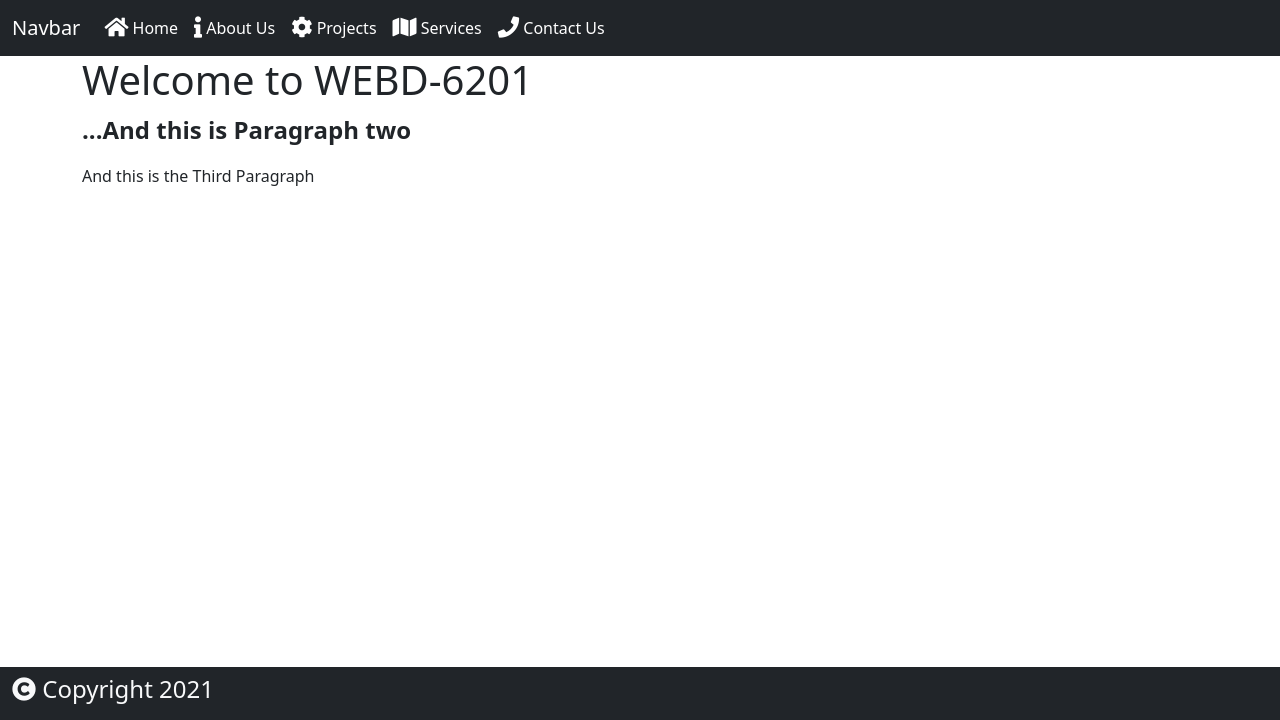
Repository: CKM206/WEBD6201-W2021---ICE1
Page: services.html
The author's editor kept a copy of each file at every save. The page is drawn from the files as they stood at one save, then again after the next save.
The browser window is 1280 px wide. The pictures show the whole page.

Above is the page before, as saved 2021-01-21 08:51:00.

After the next save:
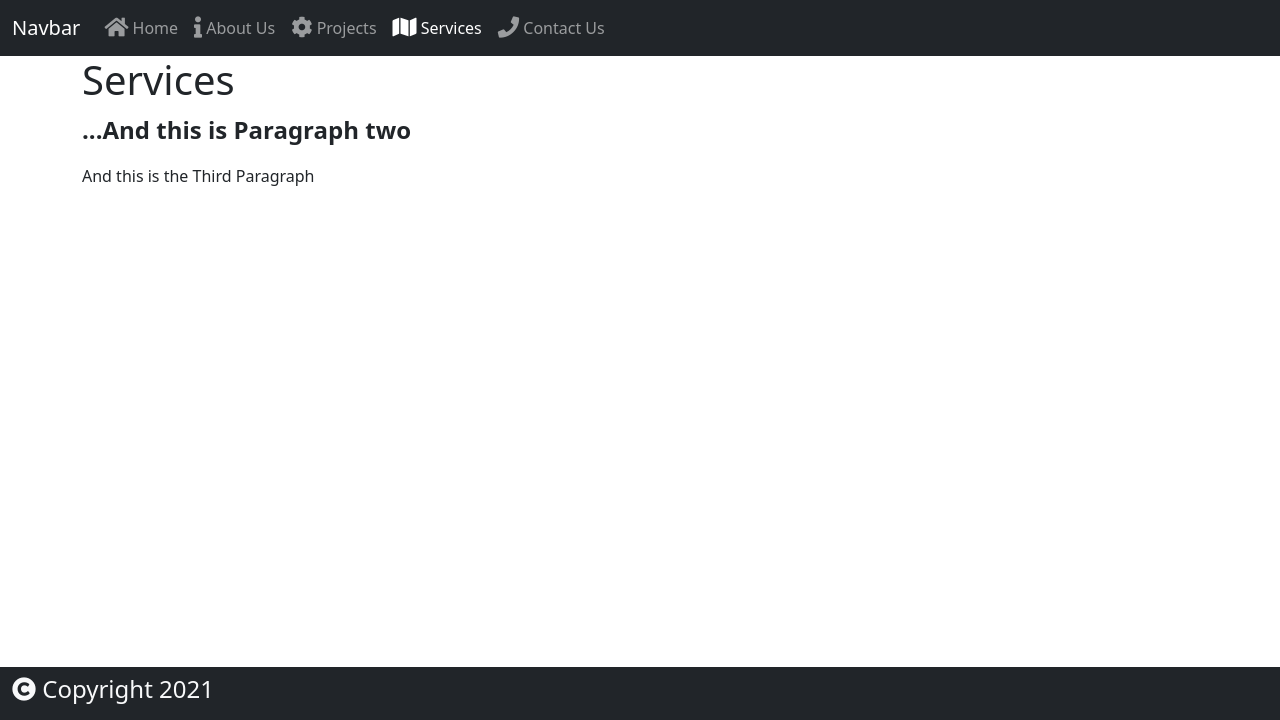
Saved 18 s later.
--- a/services.html
+++ b/services.html
@@ -27,19 +27,19 @@
               <div class="collapse navbar-collapse" id="navbarSupportedContent">
                 <ul class="navbar-nav me-auto mb-2 mb-lg-0">
                   <li class="nav-item">
-                    <a class="nav-link active" aria-current="page" href="index.html"><i class="fas fa-home fa-lg"></i> Home</a>
+                    <a class="nav-link" aria-current="page" href="index.html"><i class="fas fa-home fa-lg"></i> Home</a>
                   </li>
                   <li class="nav-item">
-                    <a class="nav-link active" aria-current="page" href="about.html"><i class="fas fa-info fa-lg"></i> About Us</a>
+                    <a class="nav-link" aria-current="page" href="about.html"><i class="fas fa-info fa-lg"></i> About Us</a>
                   </li>
                   <li class="nav-item">
-                    <a class="nav-link active" aria-current="page" href="projects.html"><i class="fas fa-cog fa-lg"></i> Projects</a>
+                    <a class="nav-link" aria-current="page" href="projects.html"><i class="fas fa-cog fa-lg"></i> Projects</a>
                   </li>
                   <li class="nav-item">
                     <a class="nav-link active" aria-current="page" href="services.html"><i class="fas fa-map fa-lg"></i> Services</a>
                   </li>
                   <li class="nav-item">
-                    <a class="nav-link active" aria-current="page" href="contacts.html"><i class="fas fa-phone fa-lg"></i> Contact Us</a>
+                    <a class="nav-link" aria-current="page" href="contacts.html"><i class="fas fa-phone fa-lg"></i> Contact Us</a>
                   </li>
                 </ul>
               </div>
@@ -48,7 +48,7 @@
     </header>
     <!-- Main Content -->
     <main class="container">
-        <h1>Welcome to WEBD-6201</h1>
+        <h1>Services</h1>
         <p id="paragraphOne"></p>
     </main>
 
